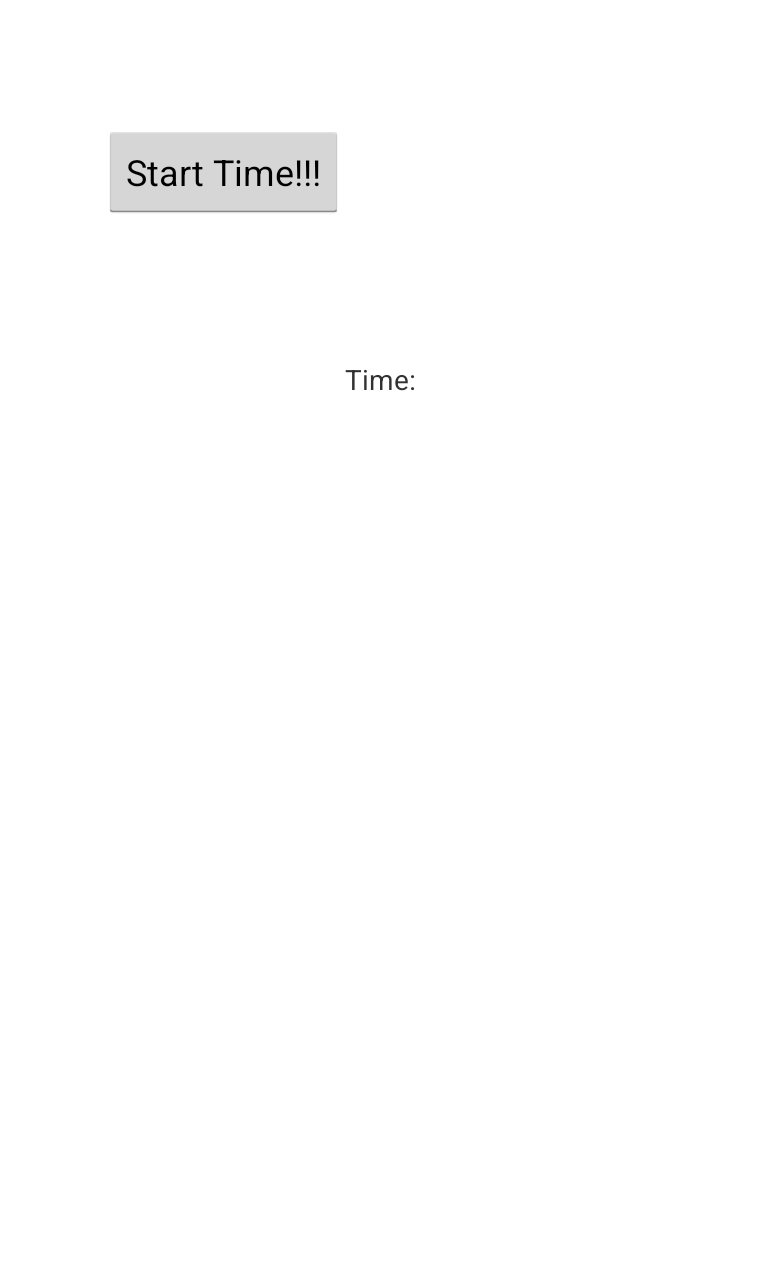
Repository: invader777/M-G
Layout: BrambrGambr/res/layout/activity_main_brambr.xml
The author's editor kept a copy of each file at every save. The layout is drawn from the files as they stood at one save, then again after the next save.
It is drawn on a 768 x 1280 px phone screen (xhdpi) without system bars, with theme AppTheme; the app's code is not run.

Above is the layout before, as saved 2012-09-04 18:55:57.

### BrambrGambr/res/layout/activity_main_brambr.xml
<RelativeLayout xmlns:android="http://schemas.android.com/apk/res/android"
    xmlns:tools="http://schemas.android.com/tools"
    android:layout_width="match_parent"
    android:layout_height="match_parent" >

    <Button
        android:id="@+id/button1"
        android:layout_width="wrap_content"
        android:layout_height="wrap_content"
        android:layout_alignParentLeft="true"
        android:layout_alignParentTop="true"
        android:layout_marginLeft="51dp"
        android:layout_marginTop="62dp"
        android:onClick="onTimeButtonClick"
        android:text="@string/time_button_name" />

    <TextView
        android:id="@+id/timerTextView"
        android:layout_width="wrap_content"
        android:layout_height="wrap_content"
        android:layout_below="@+id/button1"
        android:layout_marginTop="70dp"
        android:layout_toRightOf="@+id/button1"
        android:text="@string/time_value"
        tools:context=".MainBrambr" />

</RelativeLayout>

### BrambrGambr/res/values/strings.xml
<resources>

    <string name="app_name">BrambrGambr</string>
    <string name="hello_world">Hello world!</string>
    <string name="menu_settings">Settings</string>
    <string name="title_activity_main_brambr">MainBrambr</string>
    <string name="superBrambr">Super Brambr</string>
    <string name="time_value">Time:</string>
    <string name="time_button_name">Start Time!!!</string>
    <string name="super_text">Superrrrrr!@!!</string>

</resources>

Loaded but not shown: BrambrGambr/res/values-v11/styles.xml (common file); BrambrGambr/res/values-v14/styles.xml (common file); BrambrGambr/res/values/styles.xml (common file)

After the next save:
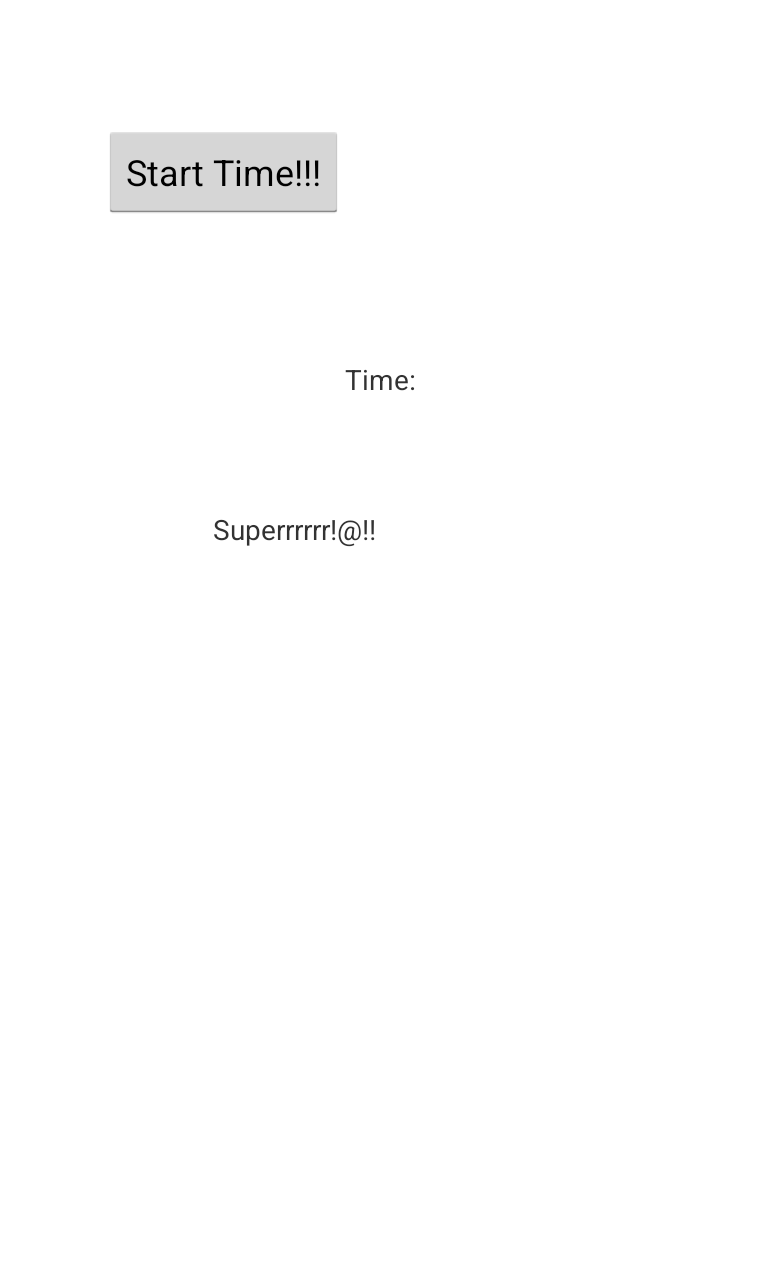
Saved 11 s later.
--- a/BrambrGambr/res/layout/activity_main_brambr.xml
+++ b/BrambrGambr/res/layout/activity_main_brambr.xml
@@ -24,4 +24,15 @@
         android:text="@string/time_value"
         tools:context=".MainBrambr" />
 
+    <TextView
+        android:id="@+id/textView1"
+        android:layout_width="wrap_content"
+        android:layout_height="wrap_content"
+        android:layout_alignRight="@+id/timerTextView"
+        android:layout_below="@+id/timerTextView"
+        android:layout_marginRight="20dp"
+        android:layout_marginTop="56dp"
+        android:text="@string/super_text"
+        tools:context=".MainActivity" />
+
 </RelativeLayout>
